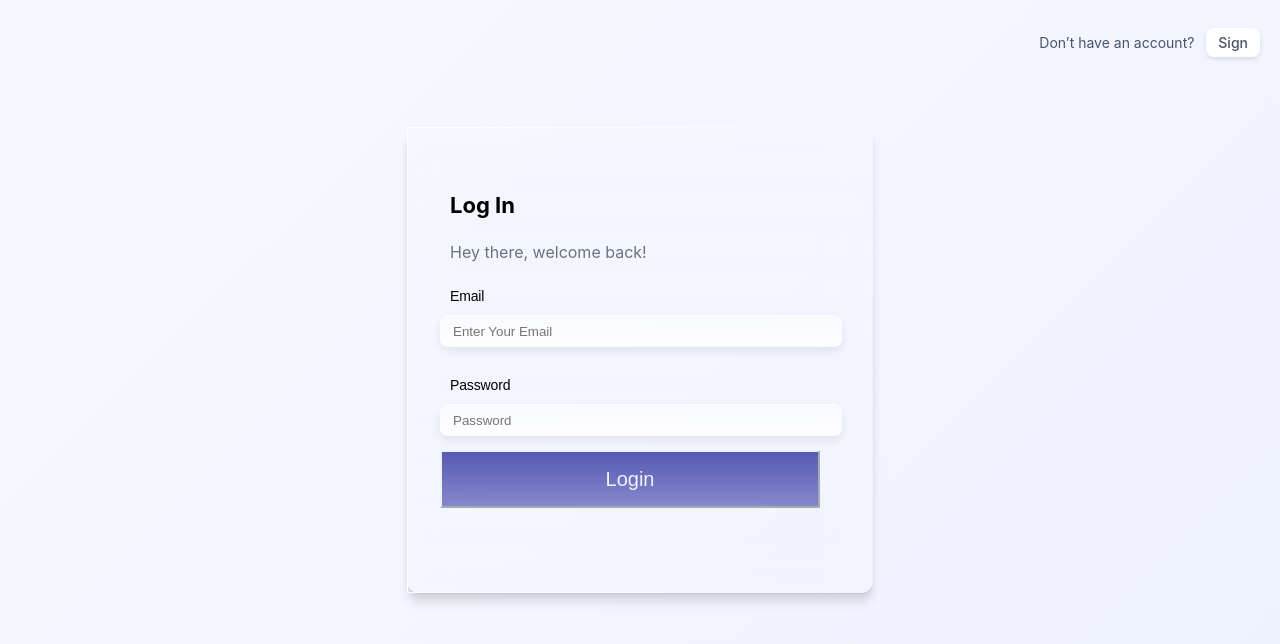
Repository: AfifaNoor/Admin_Panel-React-
Page: /sign-up
These files come from the project's save history. The page is drawn as it stood at one moment and after the next save; the edit follows.
The browser window is 1280 px wide. The pictures show the whole page.
The project was rebuilt for these pictures with package versions that can differ from the ones it lists, and the page was loaded fresh each time. Also part of the build but not shown: src/SignUp.jsx.

Above is the page before, as saved 2025-07-10 18:03:03.

### src/App.js
import React from 'react'
import LoginPage from './LoginPage'
import { RouterProvider } from 'react-router-dom'
import Router from './Router'

const App = () => {
  return (
    <>
      {/* <RouterProvider router={Router}/> */}
      <LoginPage/>
    </>


  )
}

export default App

### src/LoginPage.jsx
import React, { useState } from 'react'
// import {Navigate, useNavigate} from 'react-router-dom';
import "./LoginPage.css"
import { ToastContainer, toast } from 'react-toastify';
import 'react-toastify/dist/ReactToastify.css';

const LoginPage = () => {
    const[email , setEmail]=useState('')
    const [password , setPassword] = useState('')
    // const navigate= useNavigate();

const handleSubmit =(e)=>{
    e.preventDefault();

 const hardcoreMail="login@gmail.com";
 const hardcorePassword = '1234567'

    if (email=== hardcoreMail && password === hardcorePassword){
        alert("Login Successfull")

    }else{
        alert("Invalid Credential")
    }

}



  return (
 <div className="login-container">

      <div className="signup-redirect">
        <p>
          Don’t have an account?{' '}
          {/* <span className="signup-link" onClick={() => navigate('/sign-up')}> */}
            {/* Sign Up */}
          {/* </span> */}
          <span className="signup-link" >
            Sign
          </span>
        </p>
      </div>



    <div>



    </div>

      <form className="login-form" onSubmit={handleSubmit}>
      <div className="title">
        <h1>Log In</h1>
        <p>Hey there, welcome back!</p>
      </div>
      <label className='form-label'>Email</label>
        <input
          type="email"
          className="form-input"
          value={email}
          placeholder="Enter Your Email"
          onChange={(e) => setEmail(e.target.value)}
          required
        />

        <label className='form-label'>Password</label>
        <input
          type="password"
          className="form-input"
          placeholder="Password"
          value={password}
          onChange={(e) => setPassword(e.target.value)}
          required
        />

        <button className="login-btn" type="submit">
          Login
        </button>

        {/* <ToastContainer /> */}
      </form>
    </div>
  );
}

export default LoginPage

### src/Router.jsx
import React from 'react';
import { createBrowserRouter , createRoutesFromElements , Route } from 'react-router-dom';
import LoginPage from './LoginPage';
import SignUp from './SignUp';

const Router = createBrowserRouter(
  createRoutesFromElements(
    <>

      <Route path='/sign-up' element={<SignUp/>}/>
      <Route path='login-page' element={<LoginPage/>}/>
    </>
  )
)

export default Router;

### src/LoginPage.css
.login-container {
  width: 100%;
  height: 100vh;
  /* background: #FFFFFF; */
  opacity: 1;
  transform: rotate(0deg);
  display: flex;
  justify-content: center;
  align-items: center;
  background: linear-gradient(135deg, #f8f9ff, #eef2ff);
  flex-direction: column;
  /* font-family: 'Inter','sans-serif'; */
  position: relative;


}
.signup-redirect {
  position: absolute;
  top: 20px;
  right: 20px;
  font-size: 14px;
  color: #475569;
}

.signup-link {
  background: #ffffff;
  border-radius: 8px;
  padding: 6px 12px;
  margin-left: 8px;
  box-shadow: 0 2px 4px rgba(0,0,0,0.1);
  cursor: pointer;
  font-weight: 500;
  transition: all 0.3s ease;
}

.signup-link:hover {
  background: #f0f0f0;
}




.login-form{
  width: 400px;
  height: 400px;
  /* position: absolute; */
  /* top: 150.5px; */
  /* left: 482px; */
  border-radius: 12px;
  padding: 32px;
  gap: 10px;
  opacity: 1;
  flex-direction: column;

  z-index: 2;

  background: linear-gradient(180deg, rgba(255, 255, 255, 0) -9.58%, rgba(255, 255, 255, 0.052) 100%);
  border: 1px solid transparent;
  border-image-source: linear-gradient(93.78deg, #FFFFFF 8.04%, rgba(255, 255, 255, 0) 100%);
  border-image-slice: 1;


-webkit-backdrop-filter: blur(20px);
backdrop-filter: blur(20px);

box-shadow:
  0px 10px 10px 0px rgba(0, 0, 0, 0.10),
  0px 4px 4px 0px rgba(0, 0, 0, 0.05),
  0px 1px 0px 0px rgba(0, 0, 0, 0.05),
  inset 0px 20px 50px 0px rgba(255, 255, 255, 0.15);

}

.title{
  z-index: 3;
  width: 380px;
  height: 72px;
  opacity: 1;
  gap: 10px;
  padding: 10px;
  /* margin-bottom: 550px; */
  /* box-shadow: 0 4px 12px rgba(0, 0, 0, 0.1); */
  margin-bottom: 20px;


}

.title h1 {
width: 380px;
height: 40px;
font-family: 'Inter', sans-serif;
font-weight: 600px;
font-size: 22px;
line-height: 40px;
letter-spacing: -1%;
margin-bottom: 8px;
}

.title p{
  font-size: 16px;
  font-style: Inter;
  font-weight: 400px;
  font-style:normal;
  line-height: 22px;
  /* letter-spacing: -1%; */
  color: rgba(107, 114, 128, 1);
  margin-bottom: 24px;
  /* margin-bottom: 5px; */

}

.form-label{
width: 380px;
height: 22px;
transform: rotate(0deg);
opacity: 1;
gap: 12px;
text-align: left;
font-family: 'Intern',sans-serif;
font-weight: 500px;
font-size: 14px;
line-height: 22px;
letter-spacing: -0.01em;
color:black;
border: none;
border-radius: 6px;
padding: 3px 10px;
cursor: pointer;
display: inline-flex;
/* align-items: left; */
justify-content: left;
margin-top: 10px;
margin-bottom: 5px;

}

.form-input{

  width: 380px;
  height: 20px;
  min-width: 140px;
  max-width: 500px;
  transform: rotate(0deg);
  opacity: 1;
  border-radius: 8px;
  border-width: 1px;
  padding: 5px 8px 5px 12px;
  gap: 8px;
  margin-bottom: 14px;

  background: linear-gradient(0deg, rgba(255, 255, 255, 0.9) 0%, rgba(255, 255, 255, 0.4) 100%);
  border: 1px solid transparent; /* fallback for border-image */

  border-image:
    linear-gradient(0deg, rgba(255, 255, 255, 0.1), rgba(255, 255, 255, 0.1)),
    linear-gradient(360deg, rgba(255, 255, 255, 0.5) 0%, rgba(255, 255, 255, 0) 100%);
  border-image-slice: 1;


  -webkit-backdrop-filter: blur(20px);
  backdrop-filter: blur(20px);
  box-shadow: 0 4px 10px rgba(0,0,0,0.08);
  cursor: pointer;
}

.login-btn{
  direction: vertical;
  width: 380px;
  height: 58px;
  padding: 7px 7px ;
  gap: 12px;
  border-radius: 1px;
  opacity: 90%;
  border-color: #eef2ff;
  color: #eef2ff;
  font-weight: 400px;
  font-size: 20px;
  /* border: 1px solid;


border-image-source: linear-gradient(0deg, rgba(255, 255, 255, 0.1), rgba(255, 255, 255, 0.1)),
linear-gradient(45deg, rgba(255, 255, 255, 0) 33.33%, #FFFFFF 95%); */

;
  background: linear-gradient(180deg, #4648AB 0%, rgba(70, 72, 171, 0.7) 100%)
  /* background: linear-gradient(119.36deg, rgba(99, 102, 241, 0.2) 0%, rgba(236, 72, 153, 0.2) 100%) */

}

Loaded but not shown: public/index.html (common file); src/index.js (common file); src/index.css (common file); src/reportWebVitals.js (common file)

After the next save:
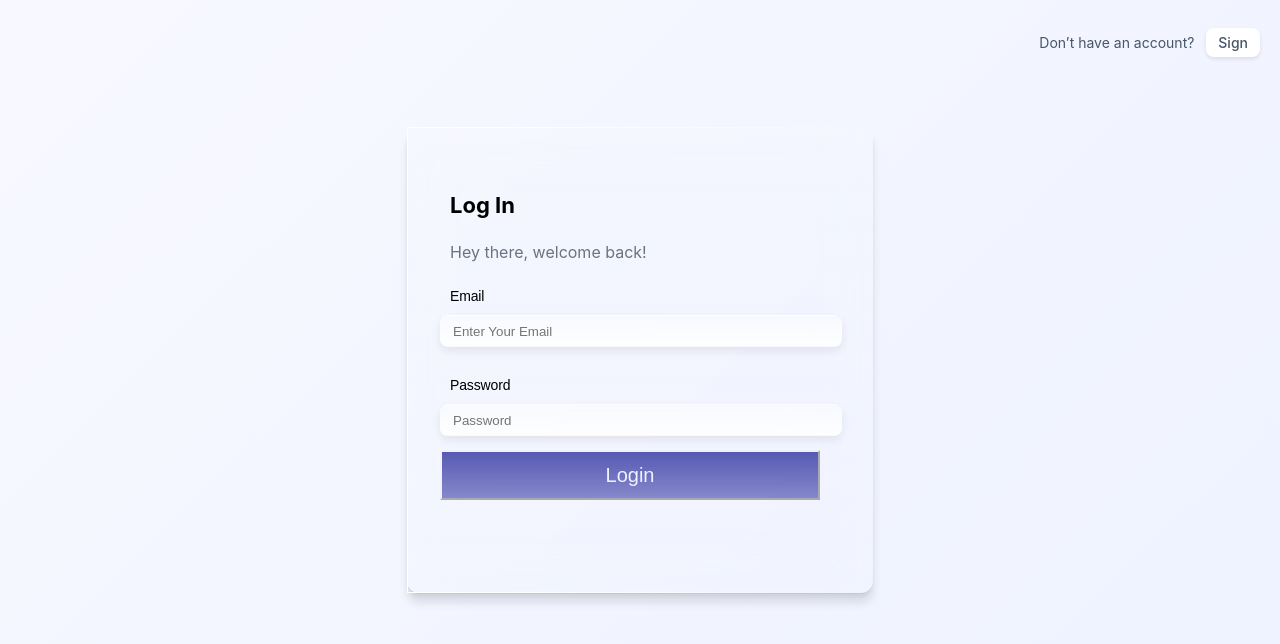
Saved 6 s later.
--- a/src/LoginPage.css
+++ b/src/LoginPage.css
@@ -166,7 +166,7 @@ margin-bottom: 5px;
 .login-btn{
   direction: vertical;
   width: 380px;
-  height: 58px;
+  height: 50px;
   padding: 7px 7px ;
   gap: 12px;
   border-radius: 1px;
